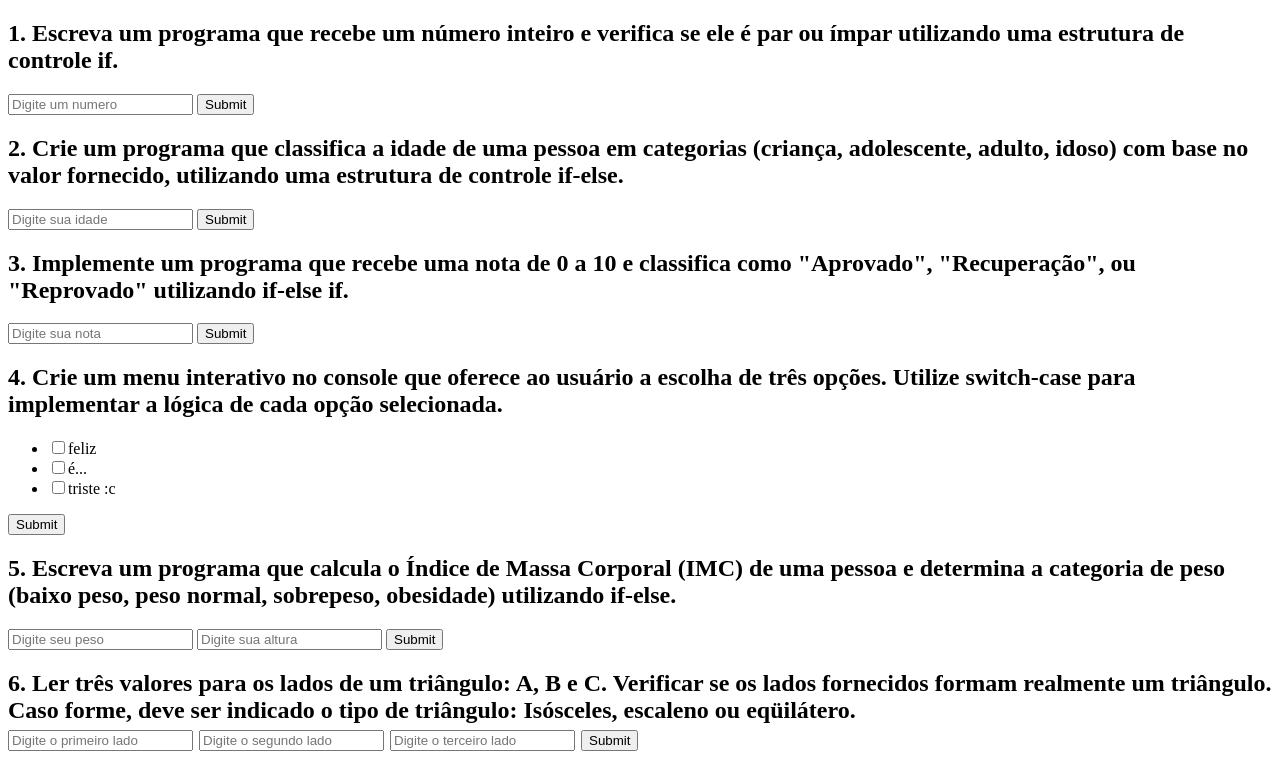
Repository: chidekina/prati-logica
Page: index.html
An editor plug-in stored every save of this project. The page is shown before and after the next save, followed by the edit.
The browser window is 1280 px wide. The pictures show the whole page.

Above is the page before, as saved 2025-04-29 15:15:35.

### index.html
<!DOCTYPE html>
<html lang="en">
  <head>
    <meta charset="UTF-8" />
    <meta name="viewport" content="width=device-width, initial-scale=1.0" />
    <title>+prati - Lista de Exercicios 1</title>
  </head>
  <body>
    <main>
      <div>
        <h2>1. Escreva um programa que recebe um número inteiro e verifica se ele é par ou ímpar utilizando uma estrutura de controle if.</h2>
        <div>
          <input id="task1" type="text" placeholder="Digite um numero" />
          <input type="submit" onclick="parOuImpar()" />
        </div>
        <h3 id="answer1"></h3>
      </div>
      <div>
        <h2>2. Crie um programa que classifica a idade de uma pessoa em categorias (criança, adolescente, adulto, idoso) com base no valor fornecido, utilizando uma estrutura de controle if-else.</h2>
        <div>
          <input id="task2" type="text" placeholder="Digite sua idade" />
          <input type="submit" onclick="classificacaoEtaria()" />
        </div>
        <h3 id="answer2"></h3>
      </div>
      <div>
        <h2>3. Implemente um programa que recebe uma nota de 0 a 10 e classifica como "Aprovado", "Recuperação", ou "Reprovado" utilizando if-else if.</h2>
        <div>
          <input id="task3" type="text" placeholder="Digite sua nota" />
          <input type="submit" onclick="aprovacao()" />
        </div>
        <h3 id="answer3"></h3>
      </div>
      <div>
        <h2>4. Crie um menu interativo no console que oferece ao usuário a escolha de três opções. Utilize switch-case para implementar a lógica de cada opção selecionada.</h2>
        <div>
          <ul>
            <li>
              <label><input class="checkbox-mood" onchange="checkboxCheck(this)" type="checkbox" id="option1" />feliz</label>
            </li>
            <li>
              <label><input class="checkbox-mood" onchange="checkboxCheck(this)" type="checkbox" id="option2" />é...</label>
            </li>
            <li>
              <label><input class="checkbox-mood" onchange="checkboxCheck(this)" type="checkbox" id="option3" />triste :c</label>
            </li>
          </ul>
          <input type="submit" onclick="nivelHumor()" />
        </div>
        <h3 id="answer4"></h3>
      </div>
      <div>
        <h2>5. Escreva um programa que calcula o Índice de Massa Corporal (IMC) de uma pessoa e determina a categoria de peso (baixo peso, peso normal, sobrepeso, obesidade) utilizando if-else.</h2>
        <div>
          <input id="task5-1" type="text" placeholder="Digite seu peso" />
          <input id="task5-2" type="text" placeholder="Digite sua altura" />
          <input type="submit" onclick="classificacaoIMC()" />
        </div>
        <h3 id="answer5"></h3>
      </div>
      <div>
        <h2>6. Ler três valores para os lados de um triângulo: A, B e C. Verificar se os lados fornecidos
            formam realmente um triângulo. Caso forme, deve ser indicado o tipo de triângulo:
            Isósceles, escaleno ou eqüilátero.
        <div>
          <input id="ladoA" type="text" placeholder="Digite o primeiro lado" />
          <input id="ladoB" type="text" placeholder="Digite o segundo lado" />
          <input id="ladoC" type="text" placeholder="Digite o terceiro lado" />
          <input type="submit" onclick="classificacaoTriangulo()" />
        </div>
        <h3 id="answer6"></h3>
      </div>
    </main>
    <script src="app.js"></script>
  </body>
</html>

### app.js
function parOuImpar() {
  const task1 = document.getElementById("task1");
  const numero = parseInt(task1.value);
  let answer1 = document.getElementById("answer1");

  if (isNaN(numero)) {
    alert("Digite um número válido.");
  } else {
    answer1.innerHTML = `O número ${numero} é ${numero % 2 === 0 ? 'par' : 'ímpar'}`;
  }
  task1.value = '';
}

function classificacaoEtaria() {
  const task2 = document.getElementById("task2");
  const idade = parseInt(task2.value);
  let classificacao;
  let answer2 = document.getElementById("answer2");

  if (isNaN(idade) || idade > 100 || idade < 0) {
    alert("Digite uma idade válida.");
  } else {
    if (idade >= 60) {
      classificacao = "idoso";
    } else if (idade >= 20) {
      classificacao = "adulto";
    } else if (idade >= 12) {
      classificacao = "adolescente";
    } else {
      classificacao = "criança";
    }
    answer2.innerHTML = `A idade de ${idade} anos é classificada como ${classificacao}.`;
  }
  task2.value = '';
}

function aprovacao() {
    const task3 = document.getElementById('task3');
    const nota = task3.value;

    if( nota < 0 || nota > 10 || isNaN(nota)) {
        alert('Digite uma nota válida.');
    } else {
        answer3.innerHTML = nota >= 7 ? 'Parabéns! Você foi aprovado.' : 'Poxa... Você ficou de recuperação.';
    }

    task3.value = '';
}


function checkboxCheck(checkbox) {
    let mood = document.getElementsByClassName("checkbox-mood");

    for (let i = 0; i < mood.length; i++) {
        mood[i].checked = false;
    }

    checkbox.checked = true;

}

function nivelHumor() {

    const check1 = document.getElementById('option1');
    const check2 = document.getElementById('option2');
    const check3 = document.getElementById('option3');
    const answer4 = document.getElementById('answer4');
    let phrase;

    if (check1.checked) {
        phrase = 'Legal! Tenha um ótimo dia!';
    } else if (check2.checked) {
        phrase = 'Hmm... Pode melhorar ne?!';
    } else if (check3.checked) {
        phrase = 'Poxa, espero que seu dia melhore';
    }

    answer4.innerHTML = phrase;
}

function classificacaoIMC() {
    const pesoInput = document.getElementById("task5-1");
    const alturaInput = document.getElementById("task5-2");
    const answer5 = document.getElementById('answer5');
    const peso = pesoInput.value;
    const altura = alturaInput.value;
    const IMC = peso / (altura * altura);
    let classificacao;

    if(IMC < 18.5) classificacao = 'Abaixo do Peso';
    else if (IMC < 25) classificacao = 'Peso Normal';
    else if (IMC < 30) classificacao = 'Sobrepeso';
    else classificacao = 'Obeso';

    answer5.innerHTML = `O seu IMC  é de ${IMC.toFixed(2)} classificado como "${classificacao}"`;

    pesoInput.value = '';
    alturaInput.value = '';
}

function classificacaoTriangulo() {
    const ladoAInput = document.getElementById('ladoA');
    const ladoBInput = document.getElementById('ladoB');
    const ladoCInput = document.getElementById('ladoC');
    const ladoA = ladoAInput.value;
    const ladoB = ladoBInput.value;
    const ladoC = ladoCInput.value;
    let triangulo;
    const answer6 = document.getElementById('answer6');

    if(ladoA === ladoB && ladoA === ladoC) triangulo = 'equilatero';
    else if (ladoA !== ladoB && ladoA !== ladoC && ladoB !== ladoC) triangulo = 'escaleno';
    else triangulo = 'isosceles';

    answer6 = `O triangulo é ${triangulo}`;
    ladoAInput.value = '';
    ladoBInput.value = '';
}

After the next save:
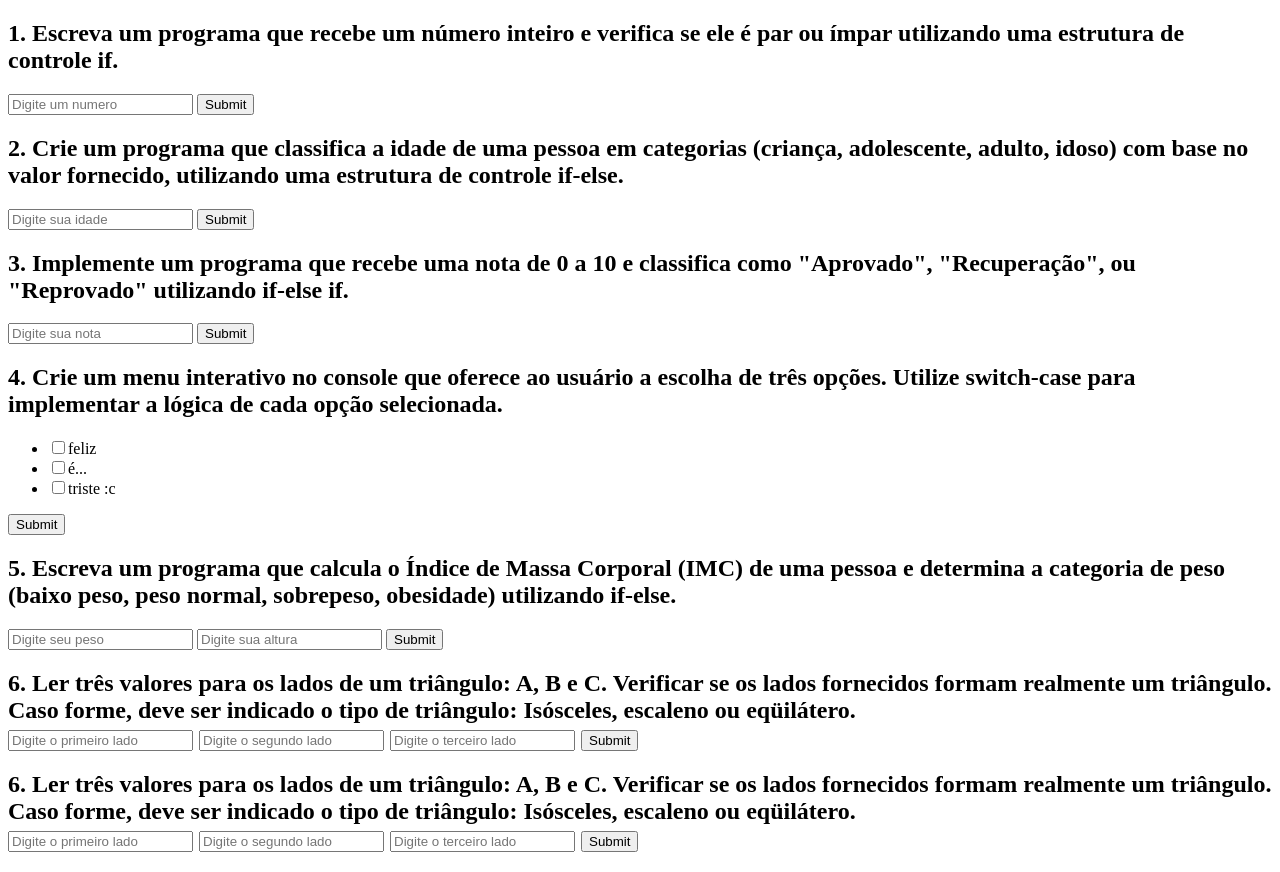
Saved 38 min 53 s later.
--- a/index.html
+++ b/index.html
@@ -70,6 +70,18 @@
         </div>
         <h3 id="answer6"></h3>
       </div>
+      <div>
+        <h2>6. Ler três valores para os lados de um triângulo: A, B e C. Verificar se os lados fornecidos
+            formam realmente um triângulo. Caso forme, deve ser indicado o tipo de triângulo:
+            Isósceles, escaleno ou eqüilátero.
+        <div>
+          <input id="ladoA" type="text" placeholder="Digite o primeiro lado" />
+          <input id="ladoB" type="text" placeholder="Digite o segundo lado" />
+          <input id="ladoC" type="text" placeholder="Digite o terceiro lado" />
+          <input type="submit" onclick="classificacaoTriangulo()" />
+        </div>
+        <h3 id="answer6"></h3>
+      </div>
     </main>
     <script src="app.js"></script>
   </body>
